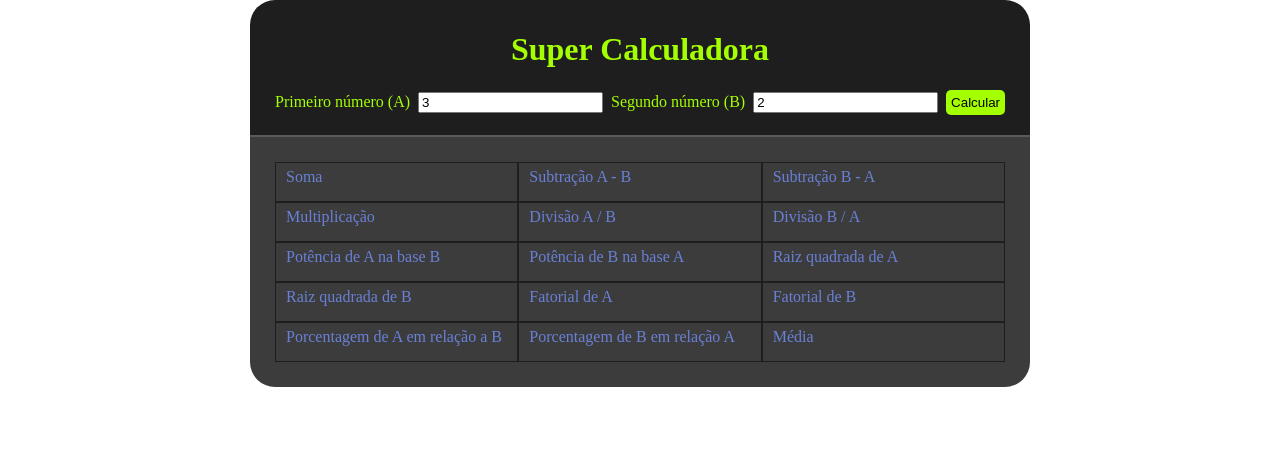
Repository: rrresck/supercalc-xpe
Page: index.html
The author's editor kept a copy of each file at every save. The page is drawn from the files as they stood at one save, then again after the next save.
The browser window is 1280 px wide. The pictures show the whole page.

Above is the page before, as saved 2023-02-10 20:43:06.
Console error: SyntaxError: Unexpected token '='

After the next save:
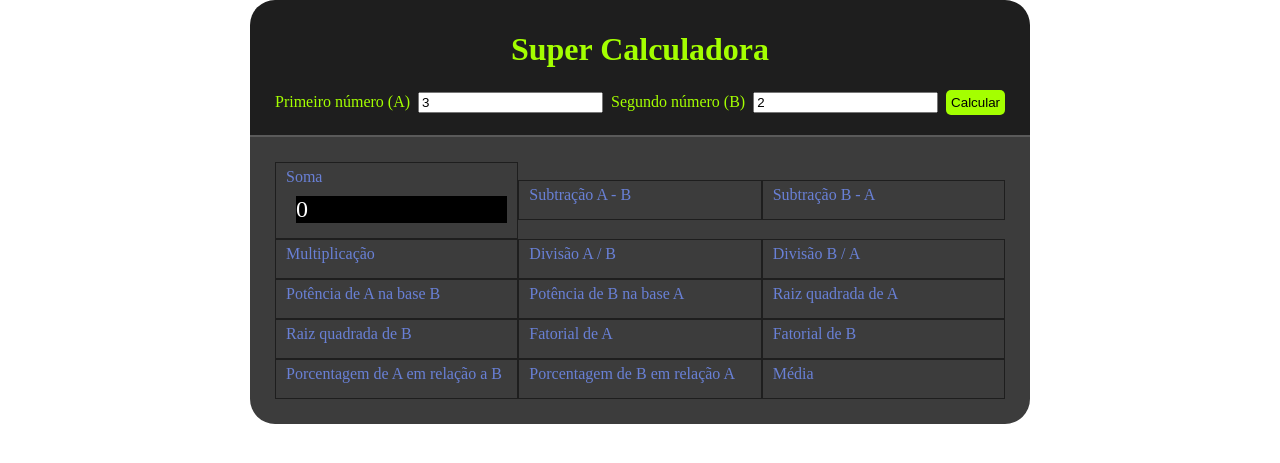
Console error: TypeError: Cannot set properties of null (setting 'innerHTML')
Saved 57 s later.
--- a/app.js
+++ b/app.js
@@ -93,7 +93,7 @@ const average = (a, b) => {
     averageRes.innerHTML = (a + b)/2;
 }
 
-function calculate = () => {
+const calculate = () => {
     let aInput = document.getElementById("firstNumber").value;
     let bInput = document.getElementById("secondNumber").value;
 
